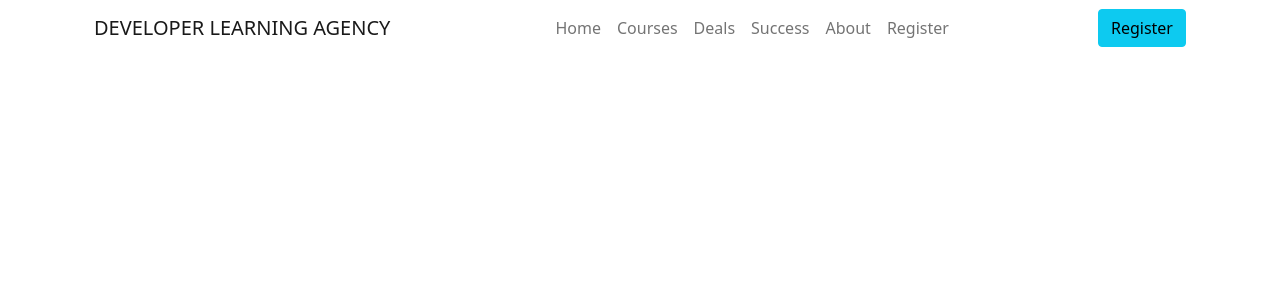
Repository: zjria/developer-learning-agency
Page: index.html
The author's editor kept a copy of each file at every save. The page is drawn from the files as they stood at one save, then again after the next save.
The browser window is 1280 px wide. The pictures show the whole page.

Above is the page before, as saved 2022-10-11 10:38:54.

After the next save:
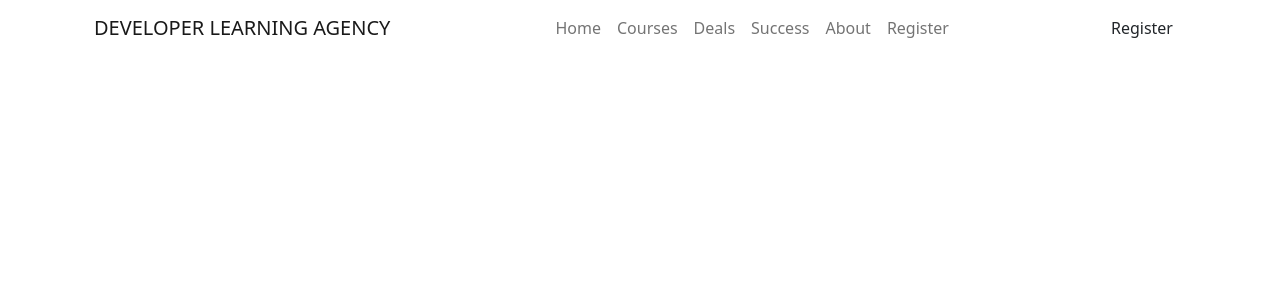
Saved 23 s later.
--- a/index.html
+++ b/index.html
@@ -50,7 +50,7 @@
                                 <a class="nav-link" href="#">Register</a>
                             </li>
                         </ul>
-                        <button type="button" class="btn btn-info">Register</button>
+                        <button type="button" class="btn">Register</button>
                     </div>
                 </div>
             </nav>
